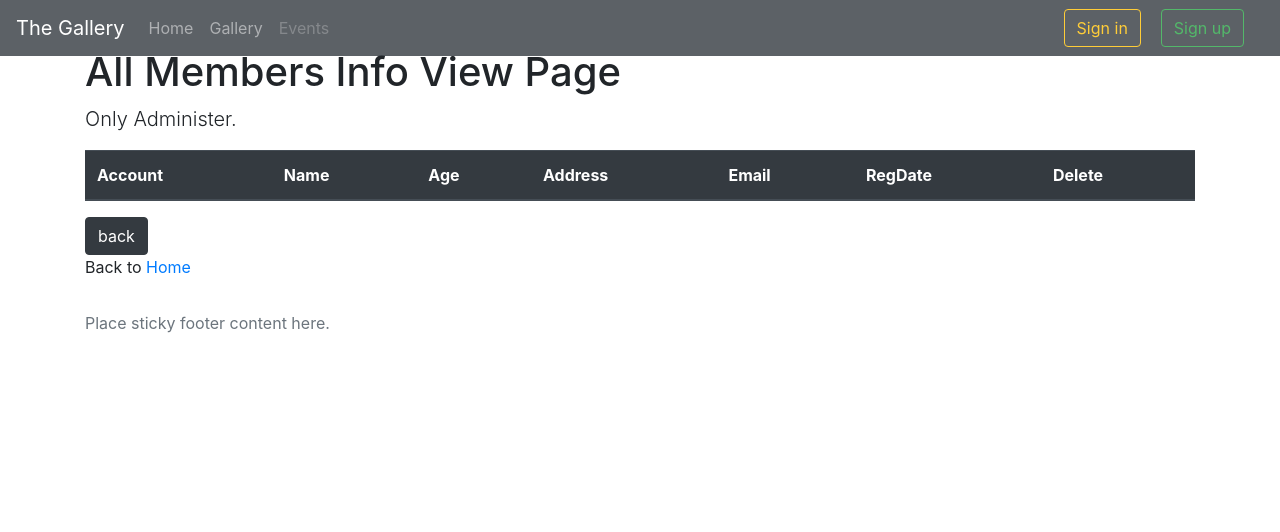
Repository: caramelsyrup/SpringProject1
Page: http://localhost/gallery/WEB-INF/views/member/allmember.jsp
An editor plug-in stored every save of this project. The page is shown before and after the next save, followed by the edit.
The browser window is 1280 px wide. The pictures show the whole page.
The page is served by Tomcat 9. Nobody is signed in. The template is opened directly, without the code that normally fills it, so the values that code supplies are empty.

Above is the page before, as saved 2020-11-22 14:53:19.

After the next save:
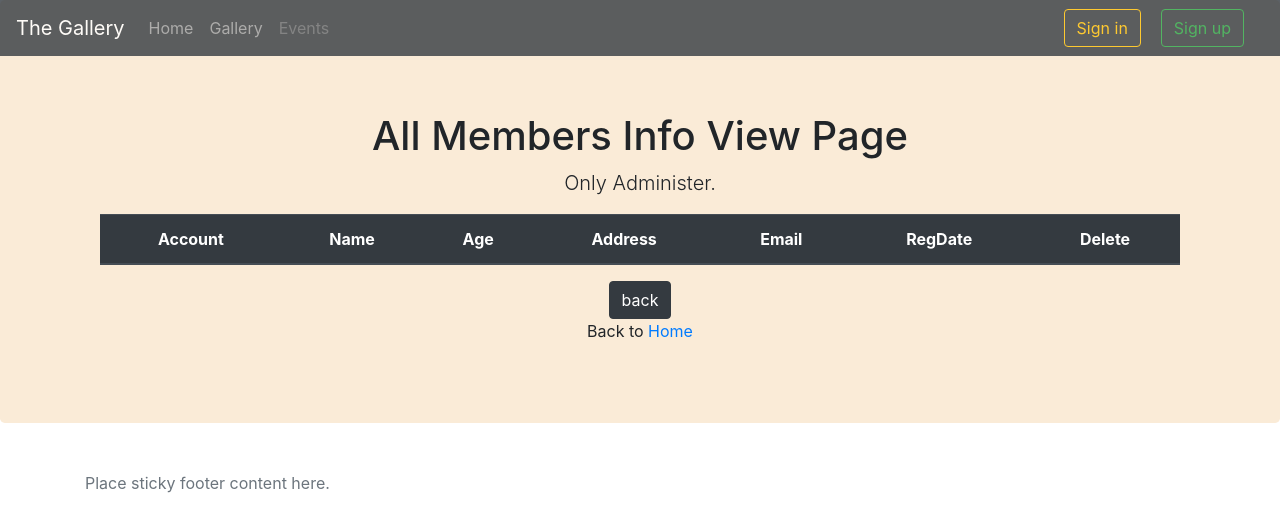
Saved 73 s later.
--- a/gallery/src/main/webapp/WEB-INF/views/member/allmember.jsp
+++ b/gallery/src/main/webapp/WEB-INF/views/member/allmember.jsp
@@ -9,6 +9,8 @@
 <body>
 <!-- Begin page content -->
 <main role="main" class="flex-shrink-0">
+<section class="jumbotron text-center" style="background-color: #FAEBD7">
+     <div class="container">
   <div class="container" >
     <h1 class="mt-5">All Members Info View Page</h1>
     <p class="lead">Only Administer.</p>
